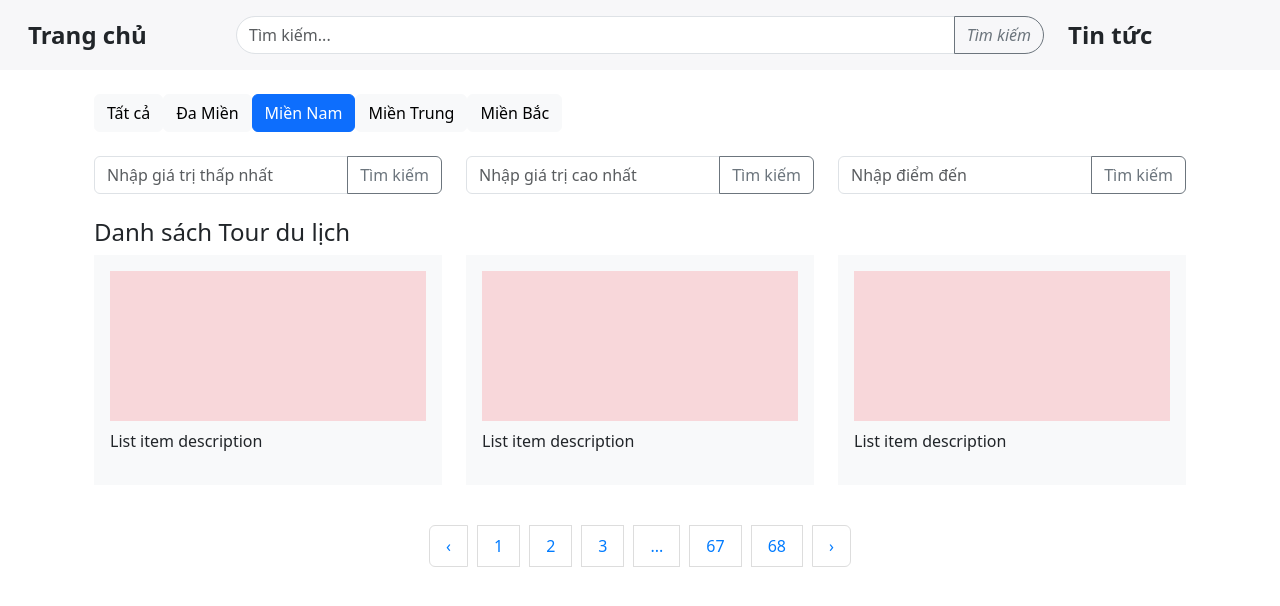
Repository: Minh23122003/qlDuAnPhanMem
Page: / (app in frontend/)
These files come from the project's save history. The page is drawn as it stood at one moment and after the next save; the edit follows.
The browser window is 1280 px wide. The pictures show the whole page.
The project was rebuilt for these pictures with package versions that can differ from the ones it lists, and the page was loaded fresh each time. Also part of the build but not shown: frontend/src/service/WebSocketService.js, frontend/src/components/Notifications.js, frontend/src/layout/Footer.js, frontend/src/configs/Apis.js, frontend/src/components/Relativeparkcard.js, frontend/src/components/Receipt/ReceiptList.css, frontend/src/components/merchandisecabinet.js, frontend/src/components/Service.js and 12 more.

Above is the page before, as saved 2024-09-05 19:46:02.

### frontend/src/index.js
import React from 'react';
import ReactDOM from 'react-dom/client';
import './index.css';
import App from './App';
import reportWebVitals from './reportWebVitals';
import { ToastContainer, toast } from 'react-toastify';
import 'react-toastify/dist/ReactToastify.css';
const root = ReactDOM.createRoot(document.getElementById('root'));
root.render(
    <React.StrictMode>
        <App />
        <ToastContainer
            position="top-center"
            autoClose={5000}
            hideProgressBar={false}
            newestOnTop={false}
            closeOnClick
            rtl={false}
            pauseOnFocusLoss
            draggable
            pauseOnHover
            theme="light"
            transition="Bounce"
        />
    </React.StrictMode>,
);

// If you want to start measuring performance in your app, pass a function
// to log results (for example: reportWebVitals(console.log))
// or send to an analytics endpoint. Learn more: https://bit.ly/CRA-vitals
reportWebVitals()

### frontend/src/index.css
body {
  margin: 0;
  font-family: -apple-system, BlinkMacSystemFont, 'Segoe UI', 'Roboto', 'Oxygen',
    'Ubuntu', 'Cantarell', 'Fira Sans', 'Droid Sans', 'Helvetica Neue',
    sans-serif;
  -webkit-font-smoothing: antialiased;
  -moz-osx-font-smoothing: grayscale;
  background-color: #f8d7da;
}

code {
  font-family: source-code-pro, Menlo, Monaco, Consolas, 'Courier New',
    monospace;
}

### frontend/src/App.js
import { BrowserRouter, Route, Routes, Navigate } from 'react-router-dom';
import Home from './components/Home';
import Footer from './layout/Footer';
import Header from './layout/Header';
import 'bootstrap/dist/css/bootstrap.min.css';
import { Container } from 'react-bootstrap';
import Relativeparkcard from './components/Relativeparkcard';
import MerchandiseCabinet from './components/merchandisecabinet';
import Service from './components/Service';
import Notifications from './components/Notifications';
import ReceiptList from './components/Receipt/ReceiptList';
import Login from './components/Login';
import UserContext from './contexts/UserContext';
import UserReducer from './reducers/UserReducer';
import Cookies from 'js-cookie';
import { useReducer } from 'react';
import Feedback from './components/Feedback';
import Survey from './components/Survey';
import ChatApp from './components/ChatApp/ChatApp';

const App = () => {
    let currentUser = null;
    if (Cookies.get('user')) currentUser = JSON.parse(Cookies.get('user'));

    const [user, dispatch] = useReducer(UserReducer, currentUser);

    return (
        <>
            <UserContext.Provider value={[user, dispatch]}>
                <BrowserRouter>
                    {/* {user && <Header />}   */}
                    { <Header />}
                    <Container>
                        <Routes>
                            <Route path="/" element={ <Home /> } />
                            {/* <Route path="/" element={user ? <Home /> : <Navigate to="/login" />} /> */}
                            <Route path="/login" element={<Login />} />
                            <Route path="/Relativeparkcard" element={user ? <Relativeparkcard /> : <Navigate to="/login" />} />
                            <Route path="/Notifications" element={user ? <Notifications /> : <Navigate to="/login" />} />
                            <Route path="/MerchandiseCabinet" element={user ? <MerchandiseCabinet /> : <Navigate to="/login" />} />
                            <Route path="/Service" element={user ? <Service /> : <Navigate to="/login" />} />
                            <Route path="/ReceiptList" element={user ? <ReceiptList /> : <Navigate to="/login" />} />
                            <Route path="/ChatApp" element={user ? <ChatApp /> : <Navigate to="/login" />} />
                            <Route path="/Feedback" element={user ? <Feedback /> : <Navigate to="/login" />} />
                            <Route path="/Survey" element={user ? <Survey /> : <Navigate to="/login" />} />
                        </Routes>
                    </Container>
                    {/* <Footer /> */}
                </BrowserRouter>
            </UserContext.Provider>
        </>
    );
};

export default App;

### frontend/src/components/Home.js
import React from 'react';
import { Container, Row, Col, Button, InputGroup, FormControl, Pagination } from 'react-bootstrap';

function TourPage() {
    return (
        <Container fluid>
            <Row className="mb-4 mt-4">
                <Col>
                    <Button variant="light">Tất cả</Button>
                    <Button variant="light">Đa Miền</Button>
                    <Button variant="primary">Miền Nam</Button>
                    <Button variant="light">Miền Trung</Button>
                    <Button variant="light">Miền Bắc</Button>
                </Col>
            </Row>

            <Row className="mb-4">
                <Col>
                    <InputGroup>
                        <FormControl placeholder="Nhập giá trị thấp nhất" />
                        <Button variant="outline-secondary">Tìm kiếm</Button>
                    </InputGroup>
                </Col>
                <Col>
                    <InputGroup>
                        <FormControl placeholder="Nhập giá trị cao nhất" />
                        <Button variant="outline-secondary">Tìm kiếm</Button>
                    </InputGroup>
                </Col>
                <Col>
                    <InputGroup>
                        <FormControl placeholder="Nhập điểm đến" />
                        <Button variant="outline-secondary">Tìm kiếm</Button>
                    </InputGroup>
                </Col>
            </Row>

            <h4>Danh sách Tour du lịch</h4>
            <Row>
                <Col sm={4}>
                    <div className="tour-item bg-light p-3 mb-3">
                        <div
                            className="img-placeholder mb-2"
                            style={{ height: '150px', backgroundColor: '#f8d7da' }}
                        ></div>
                        <p>List item description</p>
                    </div>
                </Col>
                <Col sm={4}>
                    <div className="tour-item bg-light p-3 mb-3">
                        <div
                            className="img-placeholder mb-2"
                            style={{ height: '150px', backgroundColor: '#f8d7da' }}
                        ></div>
                        <p>List item description</p>
                    </div>
                </Col>
                <Col sm={4}>
                    <div className="tour-item bg-light p-3 mb-3">
                        <div
                            className="img-placeholder mb-2"
                            style={{ height: '150px', backgroundColor: '#f8d7da' }}
                        ></div>
                        <p>List item description</p>
                    </div>
                </Col>
            </Row>

            <Pagination className="mt-4">
                <Pagination.Prev />
                <Pagination.Item>{1}</Pagination.Item>
                <Pagination.Item>{2}</Pagination.Item>
                <Pagination.Item>{3}</Pagination.Item>
                <Pagination.Item>...</Pagination.Item>
                <Pagination.Item>{67}</Pagination.Item>
                <Pagination.Item>{68}</Pagination.Item>
                <Pagination.Next />
            </Pagination>
        </Container>
    );
}

export default TourPage;

### frontend/src/layout/Header.js
import React from 'react';
import { Container, Row, Col, Button, InputGroup, FormControl, Dropdown } from 'react-bootstrap';
import './Header.css';

const Header = () => {
    return (
        <header className="p-3 mb-4">
            <Container fluid>
                <Row className="align-items-center justify-content-between">
                    <Col xs={2}>
                        <h4 className="mb-0">Trang chủ</h4>
                    </Col>

                    <Col xs={8}>
                        <InputGroup>
                            <FormControl placeholder="Tìm kiếm..." aria-label="Search" />
                            <Button variant="outline-secondary">
                                <i className="bi bi-search">Tìm kiếm</i>
                            </Button>
                        </InputGroup>
                    </Col>

                    <Col xs={2}>
                        <h4 className="mb-0">Tin tức</h4>
                    </Col>

                </Row>
            </Container>
        </header>
    );
};

export default Header;

### frontend/src/contexts/UserContext.js
import { createContext, useReducer } from 'react'

export default createContext()

### frontend/src/reducers/UserReducer.js
import Cookies from 'js-cookie'

const UserReducer = (currentState, action) => {
  switch (action.type) {
    case 'login': {
      return { ...action.payload }
    }
    case 'logout':
      Cookies.remove('token')
      Cookies.remove('user')
      return null
  }

  return currentState
}

export default UserReducer

### frontend/src/layout/Header.css
/* Header.css */
header {
  background-color: #f7f7f9;
  padding: 20px 0;
}

header h4 {
  font-weight: bold;
}

header button {
  border-radius: 20px; /* Matches the rounded button style */
}

header .form-control {
  border-radius: 20px 0 0 20px; /* Rounded search bar */
}

header .btn-outline-secondary {
  border-radius: 0 20px 20px 0; /* Rounded search button */
}

header .dropdown-toggle {
  border-radius: 20px;
}

header .mr-2 {
  margin-right: 10px;
}

### frontend/src/components/paginate.css
/* styles.css */

.pagination {
    display: flex;
    justify-content: center;
    list-style: none;
    padding: 0;
}

.pagination li {
    margin: 0 5px;
}

.pagination a {
    display: block;
    padding: 8px 16px;
    border: 1px solid #ddd;
    text-decoration: none;
    color: #007bff;
}

.pagination a:hover {
    background-color: #007bff;
    color: white;
}

.pagination .selected a {
    background-color: #007bff;
    color: white;
    border-color: #007bff;
}

.pagination .disabled a {
    color: #6c757d;
    pointer-events: none;
    cursor: default;
}

Loaded but not shown: frontend/public/index.html (common file); frontend/src/reportWebVitals.js (common file)

After the next save:
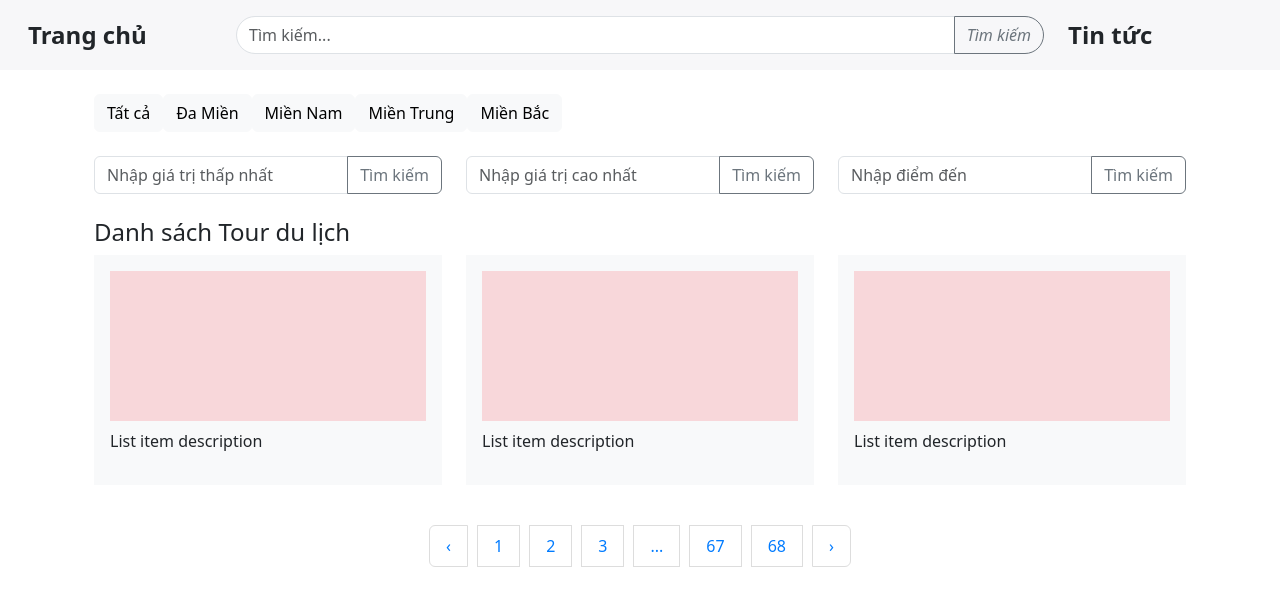
Saved 11 s later.
--- a/frontend/src/components/Home.js
+++ b/frontend/src/components/Home.js
@@ -8,7 +8,7 @@ function TourPage() {
                 <Col>
                     <Button variant="light">Tất cả</Button>
                     <Button variant="light">Đa Miền</Button>
-                    <Button variant="primary">Miền Nam</Button>
+                    <Button variant="light">Miền Nam</Button>
                     <Button variant="light">Miền Trung</Button>
                     <Button variant="light">Miền Bắc</Button>
                 </Col>
